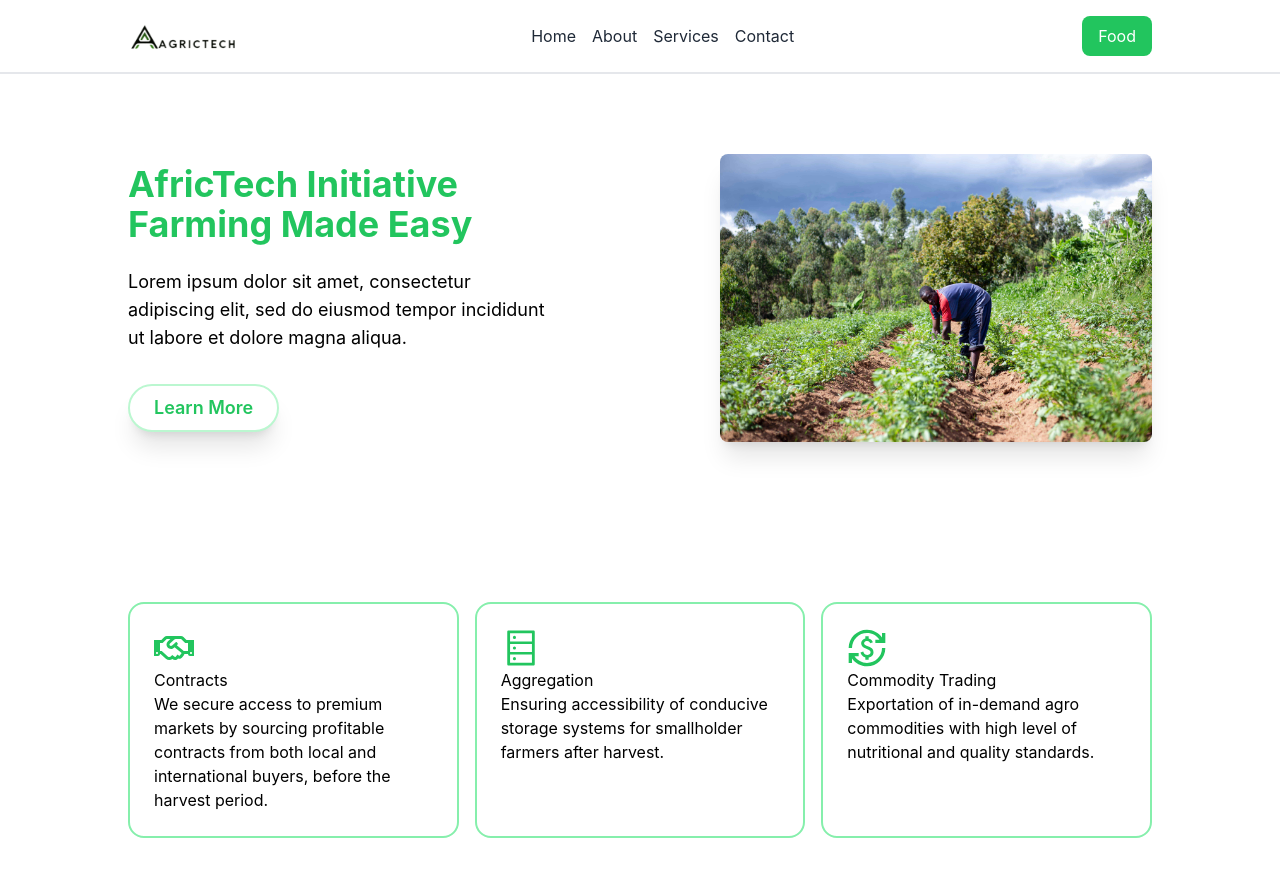
Repository: akinolapo/agric-tech
Page: /
The author's editor kept a copy of each file at every save. The page is drawn from the files as they stood at one save, then again after the next save.
The browser window is 1280 px wide. The pictures show the whole page.
The project was rebuilt for these pictures with package versions that can differ from the ones it lists, and the page was loaded fresh each time.

Above is the page before, as saved 2023-05-27 09:34:10.

### src/index.css
@tailwind base;
@tailwind components;
@tailwind utilities;

body {
  margin: 0;
  font-family: -apple-system, BlinkMacSystemFont, 'Segoe UI', 'Roboto', 'Oxygen',
    'Ubuntu', 'Cantarell', 'Fira Sans', 'Droid Sans', 'Helvetica Neue',
    sans-serif;
  -webkit-font-smoothing: antialiased;
  -moz-osx-font-smoothing: grayscale;
}

code {
  font-family: source-code-pro, Menlo, Monaco, Consolas, 'Courier New',
    monospace;
}

.card-icon{
  height: 40px;
  width: 40px;
  color: #22C55E;
}

### src/App.js
import React from 'react'
import Header from './components/Header'
import Hero from './components/Hero'
import Value from './components/Value'

const App = () => {
  return (
    <div>
      <Header/>
      <Hero/>
      <Value/>
    </div>
  )
}

export default App

### src/components/Header.jsx
import React, { useState } from 'react';

const Header = () => {
  const [isMenuOpen, setIsMenuOpen] = useState(false);

  const toggleMenu = () => {
    setIsMenuOpen(!isMenuOpen);
  };

  const closeMenu = () => {
    setIsMenuOpen(false);
  };

  return (
    <header className="bg-white border-b-2">
      <div className="container mx-auto flex justify-between items-center py-4 px-5 sm:px-32">
        <div className="flex items-center">
          <img
            src={process.env.PUBLIC_URL+`media/logo.png`}
            alt="Logo"
            className="h-8 w-auto"
          />
        </div>
        <div className="hidden md:flex space-x-4">
          <a href="#" className="text-gray-800 hover:text-gray-600">Home</a>
          <a href="#" className="text-gray-800 hover:text-gray-600">About</a>
          <a href="#" className="text-gray-800 hover:text-gray-600">Services</a>
          <a href="#" className="text-gray-800 hover:text-gray-600">Contact</a>
        </div>
        <div className="md:hidden">
          <button
            type="button"
            className="flex items-center p-2 rounded-md text-gray-800 hover:text-gray-600 focus:outline-none"
            onClick={toggleMenu}
          >
            <svg
              xmlns="http://www.w3.org/2000/svg"
              className="h-6 w-6"
              fill="none"
              viewBox="0 0 24 24"
              stroke="currentColor"
            >
              <path
                strokeLinecap="round"
                strokeLinejoin="round"
                strokeWidth="2"
                d="M4 6h16M4 12h16M4 18h16"
              />
            </svg>
          </button>

        </div>
        <div className="hidden md:block">
          <button
            type="button"
            className="bg-green-500 text-white rounded-lg py-2 px-4"
          >
            Food
          </button>
        </div>
      </div>
      <div>
          {isMenuOpen && (
            <div className="mt-2 w-full">
              <ul className="bg-white border rounded-md divide-y divide-gray-200 shadow-md">
                <li className="py-2 px-4">
                  <a href="#" className="text-gray-800 hover:text-gray-600">Home</a>
                </li>
                <li className="py-2 px-4">
                  <a href="#" className="text-gray-800 hover:text-gray-600">About</a>
                </li>
                <li className="py-2 px-4">
                  <a href="#" className="text-gray-800 hover:text-gray-600">Services</a>
                </li>
                <li className="py-2 px-4">
                  <a href="#" className="text-gray-800 hover:text-gray-600">Contact</a>
                </li>
                <li className="py-2 px-4">
                  <button
                    type="button"
                    className="bg-green-500 text-white rounded-lg py-2 px-4 w-full"
                  >
                    Food
                  </button>
                </li>
              </ul>
              <div className="absolute top-0 right-0 p-2">
              </div>
            </div>
          )}
          </div>
    </header>
  );
};

export default Header;

### src/components/Hero.jsx
import React from 'react';

const Hero = () => {
  return (
    <section className="bg-white text-black py-20 px-5 sm:px-32">
      <div className="container mx-auto flex flex-col lg:flex-row items-center gap-40">
        <div className="lg:w-1/2">
          <h1 className="text-4xl font-bold mb-6 text-green-500">AfricTech Initiative <br></br> Farming Made Easy</h1>
          <p className="text-lg mb-8">Lorem ipsum dolor sit amet, consectetur adipiscing elit, sed do eiusmod tempor incididunt ut labore et dolore magna aliqua.</p>
          <button className="bg-white text-lg border-2 border-green-200 text-green-500 py-2 px-6 rounded-full font-semibold shadow-xl hover:shadow-2xl transition duration-300">Learn More</button>
        </div>
        <div className="lg:w-1/2">
          <img src={process.env.PUBLIC_URL+`media/hero.jpg`}alt="Agriculture" className="rounded-lg shadow-xl" />
        </div>
      </div>
    </section>
  );
};

export default Hero;

### src/components/Value.jsx
import React from 'react'
import {FaRegHandshake} from 'react-icons/fa'
import {AiOutlineDatabase} from 'react-icons/ai'
import {MdOutlineCurrencyExchange} from 'react-icons/md'

const data= [
    {
        id: 1,
        icon: <FaRegHandshake className='card-icon'/>,
        title: 'Contracts',
        description: 'We secure access to premium markets by sourcing profitable contracts from both local and international buyers, before the harvest period.',
        // link: '/'
    },
    {
        id: 2,
        icon: <AiOutlineDatabase className='card-icon'/>,
        title: 'Aggregation',
        description: 'Ensuring accessibility of conducive storage systems for smallholder farmers after harvest.',
        // link: '/'
    },
    {
        id: 3,
        icon: <MdOutlineCurrencyExchange className='card-icon'/>,
        title: 'Commodity Trading',
        description: 'Exportation of in-demand agro commodities with high level of nutritional and quality standards.',
        // link: '/'
    }
]

const Value = () => {
  return (
    <div className='mt-10 block md:grid md:gap-4 md: grid-cols-2 lg:grid-cols-3 py-10 px-5 sm:px-32'>
        {
            data.map(({id, icon, title, description})=>{
                return(
                    <div key={id} className='border-solid border-2 border-green-300 p-6 rounded-2xl mb-4 md:mb-0'>
            {icon}
            <h3 className=''>{title}</h3>
            <p>{description}</p>
        </div>
                )
            })
        }

    </div>
  )
}

export default Value

Loaded but not shown: public/index.html (common file); src/index.js (common file); tailwind.config.js (common file)

After the next save:
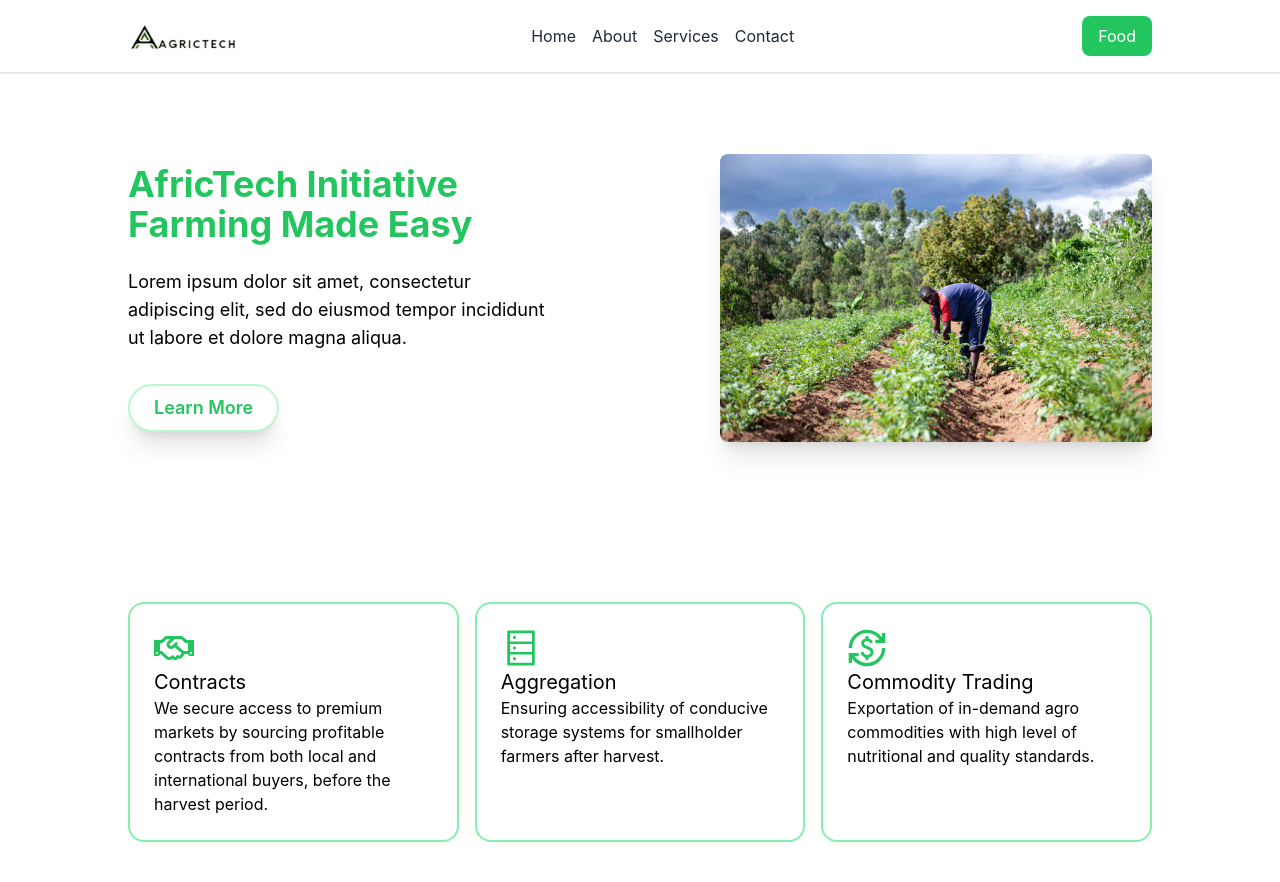
Saved 4 s later.
--- a/src/components/Value.jsx
+++ b/src/components/Value.jsx
@@ -35,7 +35,7 @@ const Value = () => {
                 return(
                     <div key={id} className='border-solid border-2 border-green-300 p-6 rounded-2xl mb-4 md:mb-0'>
             {icon}
-            <h3 className=''>{title}</h3>
+            <h3 className='text-xl'>{title}</h3>
             <p>{description}</p>
         </div>
                 )
